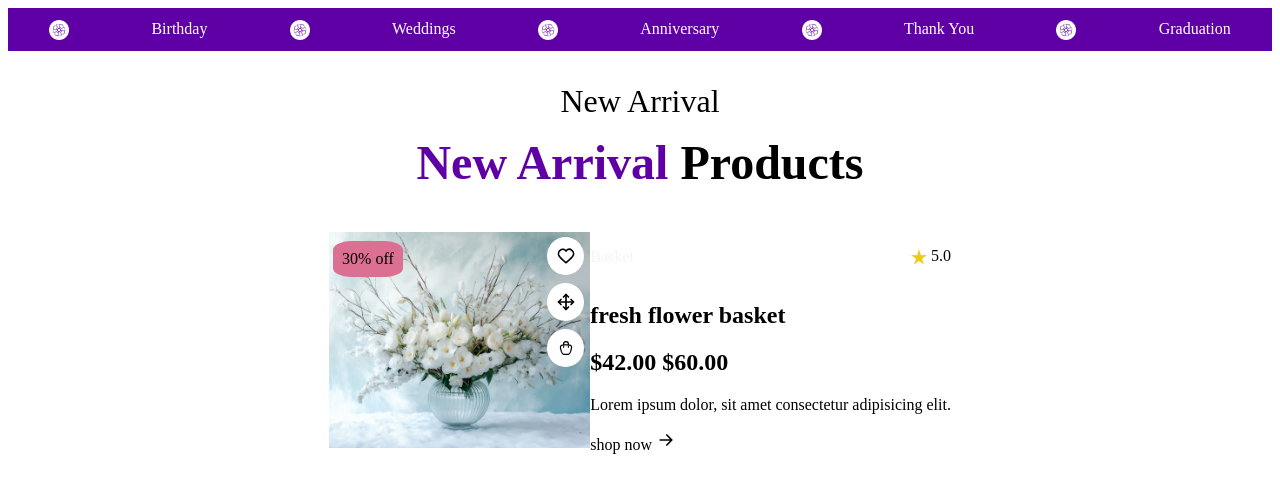
Repository: KolawoleTemilade/classroom-learning
Page: newarrival/index.html
These files come from the project's save history. The page is drawn as it stood at one moment and after a run of saves; the edit follows.
The browser window is 1280 px wide. The pictures show the whole page.

Above is the page before, as saved 2025-10-01 23:26:59.

### newarrival/index.html
<!DOCTYPE html>
<html lang="en">
  <head>
    <meta charset="UTF-8" />
    <meta name="viewport" content="width=h, initial-scale=1.0" />
    <title>new arrival</title>
    <link rel="stylesheet" href="style.css" />
  </head>
  <body>
    <section class="new-arrival-sect">
      <div class="marq-sect">
        <div class="marque">
          <img
            src="../newarrival/images/icons/marqueflower.png"
            alt="flower-icon"
            width="20"
            height="20"
          />
          <span>birthday</span>
          <img
            src="../newarrival/images/icons/marqueflower.png"
            alt="flower-icon"
            width="20"
            height="20"
          />
          <span>weddings</span>
          <img
            src="../newarrival/images/icons/marqueflower.png"
            alt="flower-icon"
            width="20"
            height="20"
          />
          <span>anniversary</span>
          <img
            src="../newarrival/images/icons/marqueflower.png"
            alt="flower-icon"
            width="20"
            height="20"
          />
          <span>thank you</span>
          <img
            src="../newarrival/images/icons/marqueflower.png"
            alt="flower-icon"
            width="20"
            height="20"
          />
          <span>graduation</span>
        </div>
      </div>
      <div class="new-arrival">
        <div class="new-arrival-title">
          <p class="title1">
            new arrival
            <span class="title2"
              >new arrival <span class="product-title">products</span></span
            >
          </p>
        </div>
        <div class="new-arrival-product-card">
          <div class="product-card">
            <div class="img-sect">
              <img
                src="./images/new-arrival/flower1.png"
                alt="flower1"
                width="200"
                height="2 ,8>00"
              />
              <div class="absolute-container">
                <p class="slash">30% off</p>
                <div class="icons-sec">
                  <div class="icons">
                    <img
                      src="./images/icons/heart.svg"
                      alt="heart"
                      width="20"
                      height="20"
                    />
                  </div>
                  <div class="icons">
                    <img
                      src="./images/icons/crossedarrow.svg"
                      alt="arrow"
                      width="20"
                      height="20"
                    />
                  </div>
                  <div class="icons">
                    <img
                      src="./images/icons/shoppingbag.svg"
                      alt="shoppingbag"
                      width="20"
                      height="20"
                    />
                  </div>
                </div>
              </div>
            </div>
            <div class="text-sect">
                <div class="basket-sec">
                    <p>
                        basket
                    </p>
                    <div class="rating-sec">
                        <img src="./images/icons/ratings.svg" alt="ratings" width="20" height="20" >
                        <span>5.0</span>
                    </div>
                </div>
                <div class="fresh-flower-sec">
                    <h2 >
                        fresh flower basket
                    </h2>
                    <h2>
                        $42.00 <span> $60.00</span>
                    </h2>
                    <p>
                        Lorem ipsum dolor, sit amet consectetur adipisicing elit.
                    </p>
                </div>
                <div>
                    <p>shop now <span><img src="./images/icons/rightarrow.svg" alt="right arrow" width="20" height="20"></span></p>
                </div>
            </div>
          </div>
        </div>
      </div>
    </section>
  </body>
</html>

### newarrival/style.css
.new-arrival-sect{
    display: flex;
    flex-direction: column;
    align-items: center;
    justify-content: center;
}

.marq-sect{
    background-color: #5E00A6;
    height:6vh;
    width: 100%;
    align-content: center;
}
.marque {
    display: flex;
    align-content: center;
    justify-content:space-around ;
}
.marque > span {
    text-transform: capitalize;
    color: white;
}
.title1{
    font-size: 2rem;
    display: flex;
    flex-direction: column;
    align-items: center;
    justify-content: center;
    gap: 15px;
    text-transform: capitalize;
}
.title2 {
    font-size: 3rem;
    color: #5E00A6;
    font-weight: 700;
}
.product-title{
    color: black;
    font-size: 3rem;
    font-weight: 700;
}
.new-arrival-product-card{
    width: 100%;
}

.product-card {
    display: flex;
    padding: 10px;
    background: white;
}
.img-sect {
    position: relative;

}
.img-sect >img{
    width: 100%;
    height: 30vh;
}
.absolute-container > p{
   padding: 8px;
}
.slash {
    position: absolute;
    top: 2%;
    background: palevioletred;
    padding: 8px;
    width: 20%;
    margin: 4px;
    border: 1px solid transparent;
    border-radius: 25%;
}

.icons-sec {
    position: absolute;
    top: 2%;
    right: 2%;
    display: flex;
    flex-direction: column;
    gap: 8px;
}
.icons {
    padding: 8px;
    width: 50%;
    border: 1px solid transparent;
    border-radius: 50%;
    background: white;
    display: flex;
    align-items: center;
    justify-content: center;

}
.text-sec{
    width: 100%;
    padding: 10px;
}
.basket-sec {
    display: flex;
    justify-content: space-between;
    align-items: center;
}
.basket-sec > p{
    text-transform: capitalize;
    color: whitesmoke;
}
.rating-sec {
    display: flex;
    gap: 2px;
}
.fresh-flower-sec >h2 {

}

After the next 2 saves:
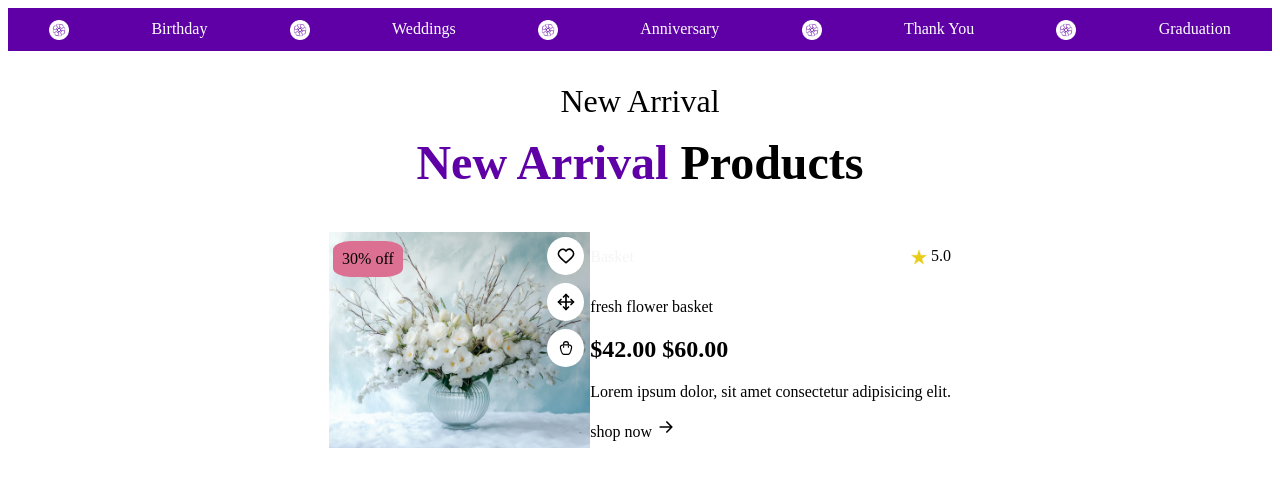
The 2 saves are shown as one change because they came seconds apart.
The last was saved 35 s later.
--- a/newarrival/index.html
+++ b/newarrival/index.html
@@ -106,9 +106,9 @@
                     </div>
                 </div>
                 <div class="fresh-flower-sec">
-                    <h2 >
+                    <p >
                         fresh flower basket
-                    </h2>
+                    </p>
                     <h2>
                         $42.00 <span> $60.00</span>
                     </h2>
